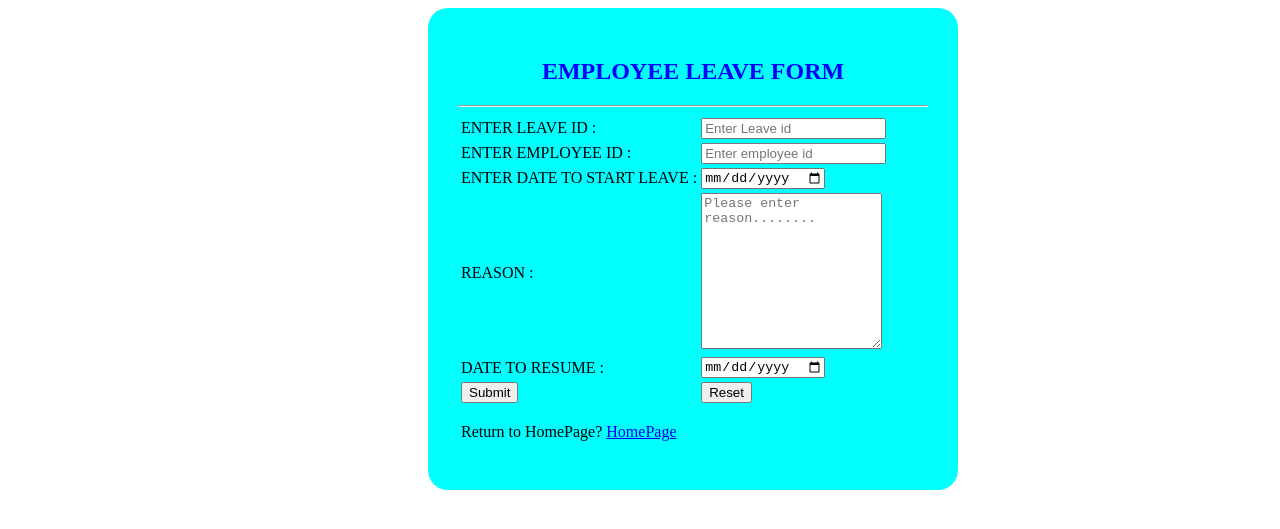
Repository: Catalyst-OTU/Java_Works
Page: jspSession2/WebContent/applyleave.html
These files come from the project's save history. The page is drawn as it stood at one moment and after the next save; the edit follows.
The browser window is 1280 px wide. The pictures show the whole page.

Above is the page before, as saved 2021-01-29 18:17:58.

After the next save:
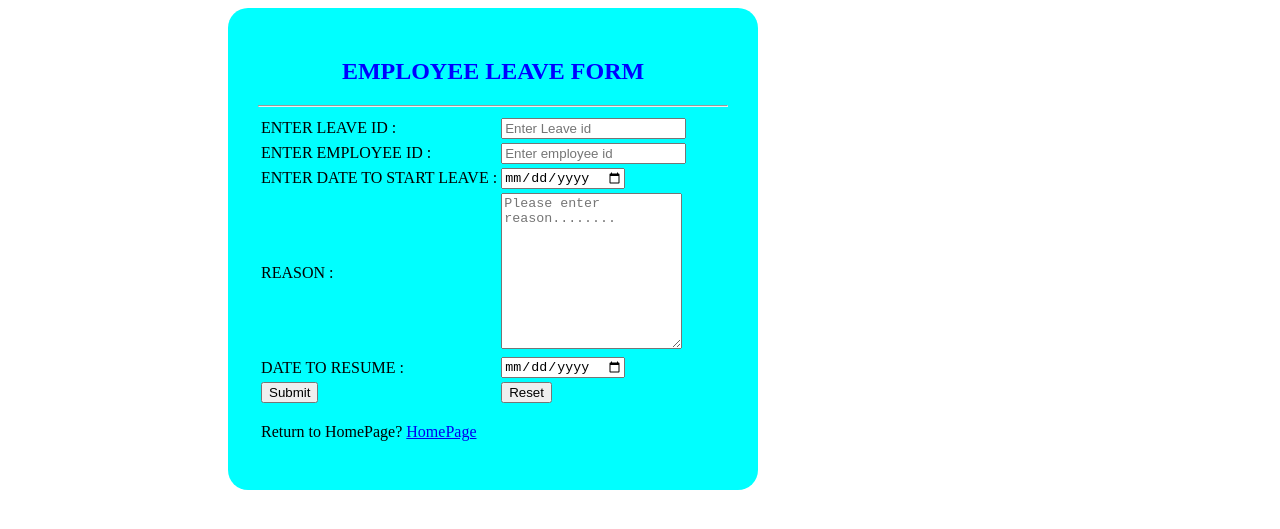
Saved 71 s later.
--- a/jspSession2/WebContent/applyleave.html
+++ b/jspSession2/WebContent/applyleave.html
@@ -6,7 +6,7 @@
 
 	    <style>
         .conatiners{
-                  margin-left: 420px;
+                  margin-left: 220px;
                   margin-top: 10x;
                   background-color: aqua;
                   border-radius: 20px;
